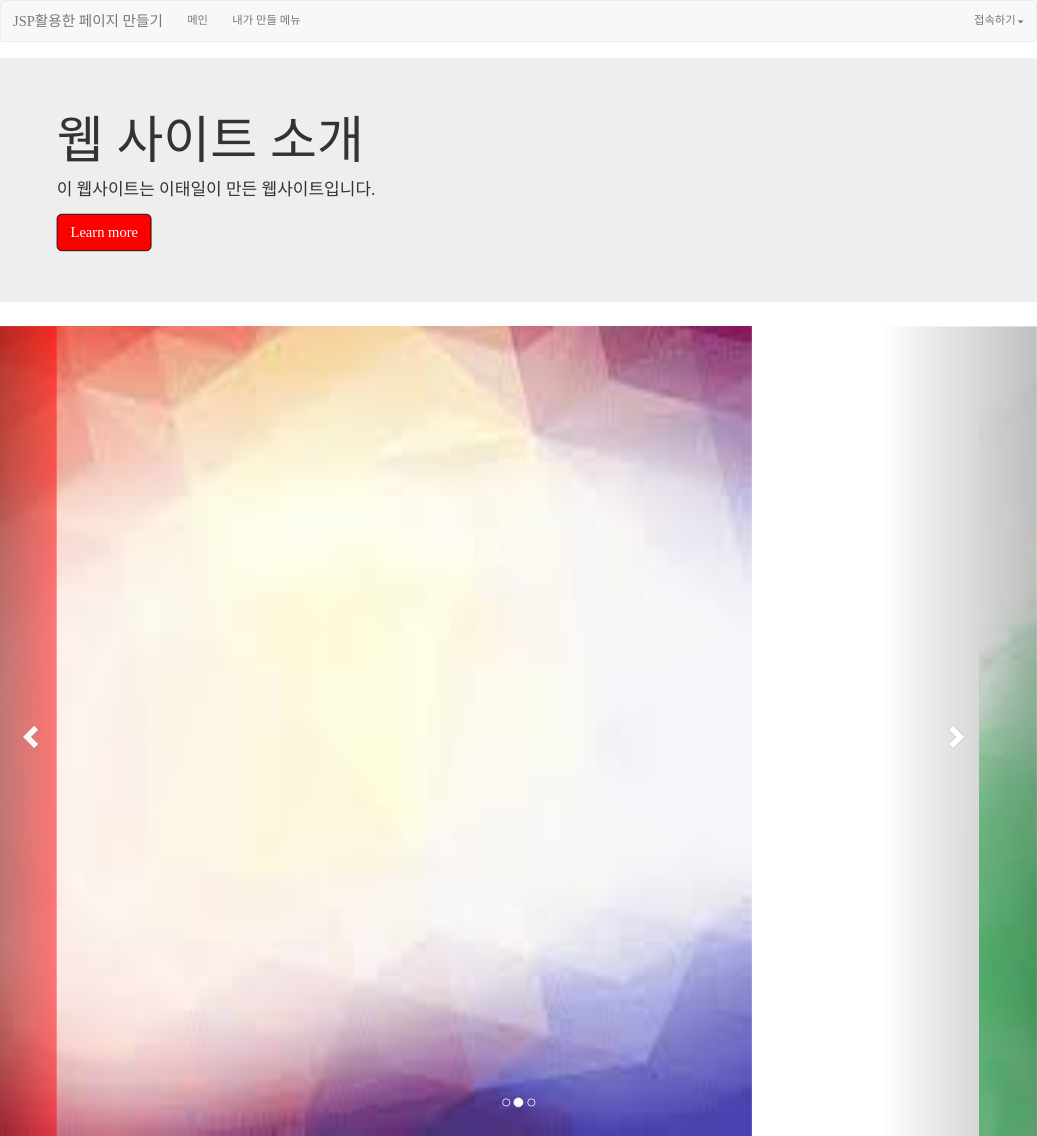
Repository: taeillee1/Newstudy
Page: http://localhost/SpringMVCJava/WEB-INF/views/mainpage.jsp
The author's editor kept a copy of each file at every save. The page is drawn from the files as they stood at one save, then again after the next save.
The browser window is 1280 px wide. The pictures show the whole page, at 81% of full size.
Some web fonts or font styles are not loaded; a fallback is used. Some web libraries are served in a nearby version. The page is served by Tomcat 9. Nobody is signed in. The template is opened directly, without the code that normally fills it, so the values that code supplies are empty.

Above is the page before, as saved 2022-01-08 10:55:05.

After the next save:
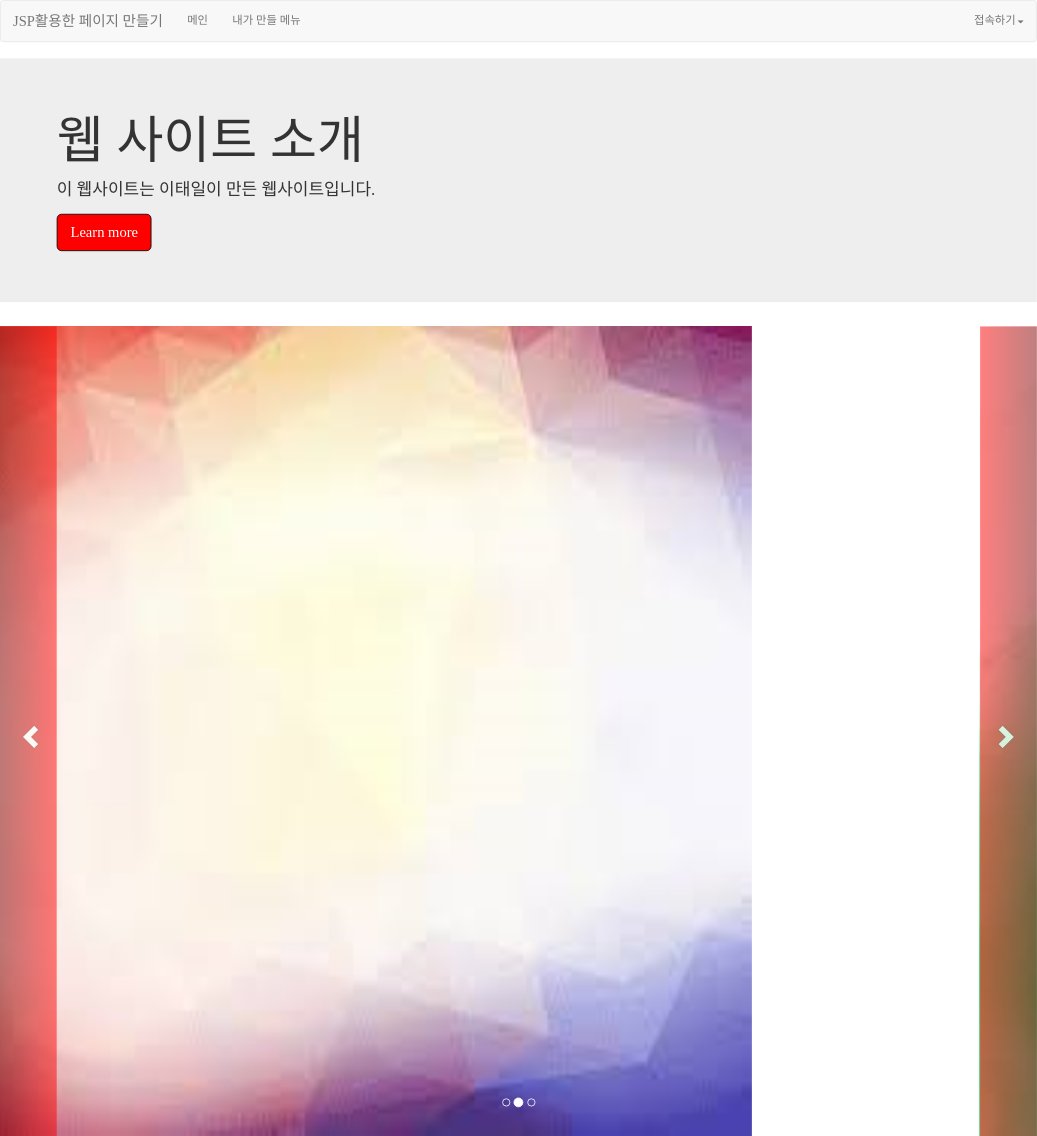
Saved 9 s later.
--- a/Newpage/SpringMVCJava/src/main/webapp/WEB-INF/views/mainpage.jsp
+++ b/Newpage/SpringMVCJava/src/main/webapp/WEB-INF/views/mainpage.jsp
@@ -101,7 +101,7 @@
 			<a class="left carousel-control" href="#myCarousel" data-slide="prev" style="background-color:red; width:70px;">
 				<span class="glyphicon glyphicon-chevron-left"></span>
 			</a>
-			<a class="right carousel-control" href="#myCarousel" data-slide="next">
+			<a class="right carousel-control" href="#myCarousel" data-slide="next" style="background-color:red; width:70px;">
 				<span class="glyphicon glyphicon-chevron-right"></span>
 			</a>
 		</div>
